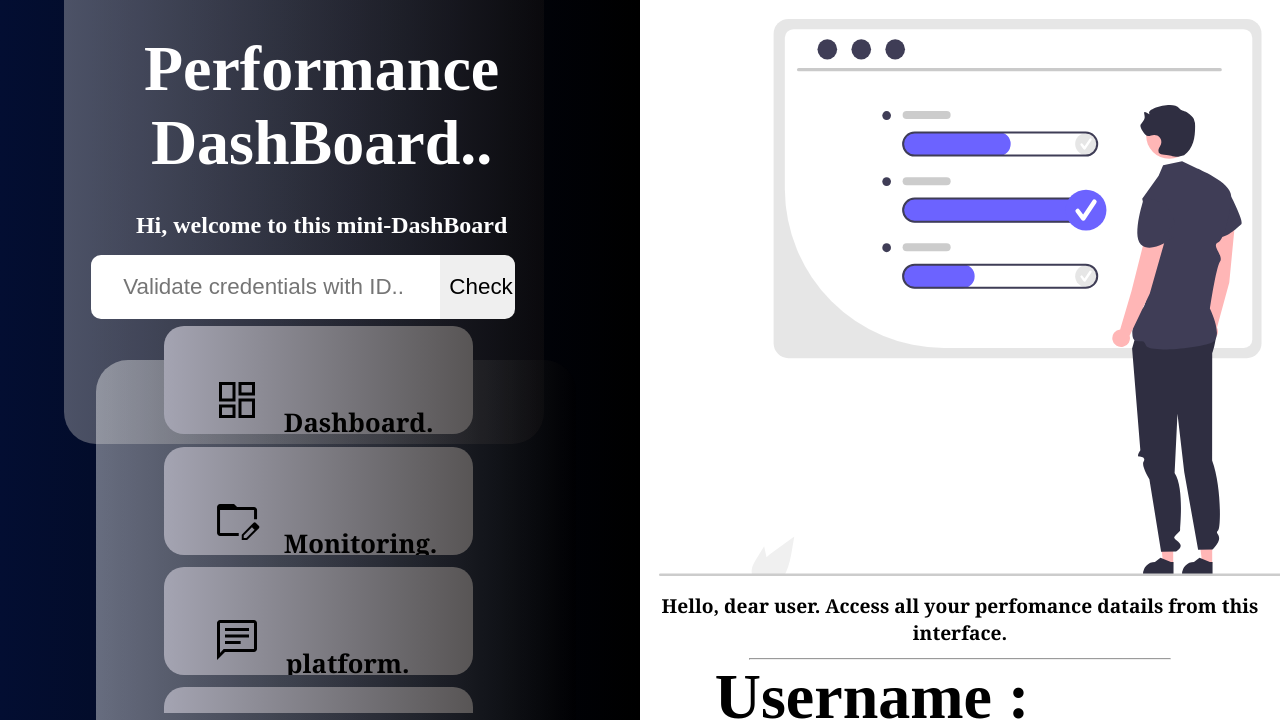
Repository: 3x3cu7er/Shax_001
Page: http://localhost/xlanding/
These files come from the project's save history. The page is drawn as it stood at one moment and after the next save; the edit follows.
The browser window is 1280 px wide. The pictures show the whole page.
An inner scrolling area shows only its first screen. The page is served by the project's application, run on Django 4.2 (manage.py).

Above is the page before, as saved 2024-01-19 17:38:18.

After the next save:
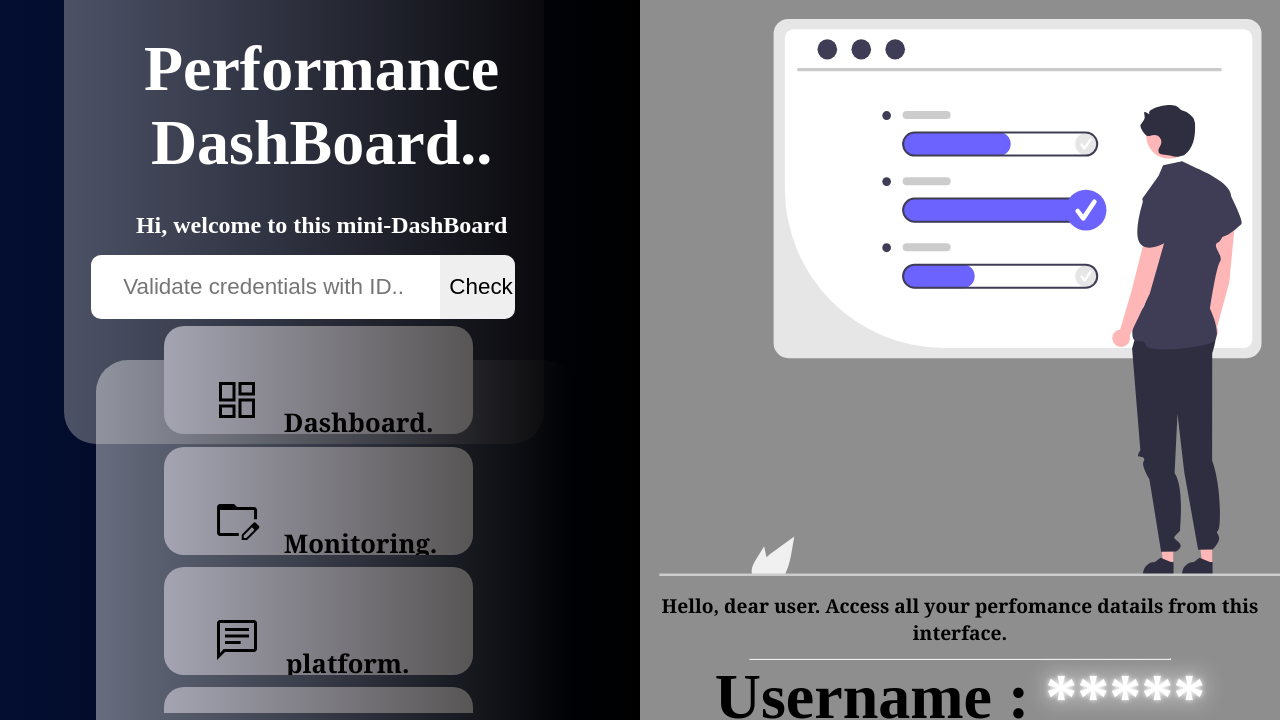
Saved 15 s later.
--- a/_3x3c47er_Sino_sys/static/css/landing2.css
+++ b/_3x3c47er_Sino_sys/static/css/landing2.css
@@ -95,7 +95,7 @@ form input[type="submit"] {
   display: flex;
   align-items: center;
   justify-content: center;
-  background-color: ;
+  background-color: rgba(0, 0, 0, 0.443);
 }
 .c1,
 .c2 {
